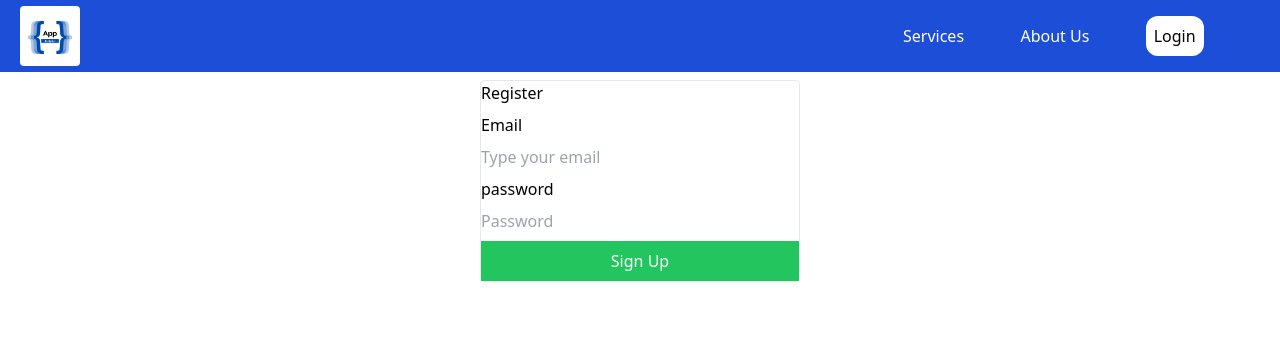
Repository: Cotizacionact/appscriptersvelte
Page: /Auth
The author's editor kept a copy of each file at every save. The page is drawn from the files as they stood at one save, then again after the next save.
The browser window is 1280 px wide. The pictures show the whole page.
The page's requests for data from a server got no answer. The project was rebuilt for these pictures with package versions that can differ from the ones it lists, and the page was loaded fresh each time. The framework's server and built-in components were replaced by stand-ins that run in the browser. No one was signed in, and anything a server would have sent is missing. Also part of the build but not shown: svelte.config.js, vite.config.ts.

Above is the page before, as saved 2023-08-20 02:14:09.

### src/routes/+layout.svelte
<script>
	import PublicNav from "$lib/Public/Navegation/PublicNav.svelte";
    import "../app.css";
</script>
<PublicNav></PublicNav>
  <slot />

### src/routes/Auth/+page.svelte
<script lang="ts">
	import Register from "./register.svelte";
    import type {Component} from "$lib"

    let state:number = 0

    let StateHandler:{[key:number]:Component} = {
        0:Register
    }
</script>

<svelte:component this={StateHandler[state]}></svelte:component>

### src/routes/Auth/+page.server.ts
import { supabase } from "../../supabaseClient";
import { fail, redirect, type Actions } from "@sveltejs/kit";
import { AuthApiError } from "@supabase/supabase-js";




export const actions: Actions = {
    register:async ({request,locals})=>{
        const body = Object.fromEntries(await request.formData())
        const {data,error:err} = await supabase.auth.signUp({
            email:body.email as string,
            password:body.password as string
        })

        if(err){
            if(err instanceof AuthApiError && err.status === 400){
                return fail(400,{
                    error:"Invalid email or password"
                })
            }
            return fail(500, {error:"Server error. Please try again later."})
        }
        throw redirect(303, "/Private")
    }
};

### src/lib/Public/Navegation/PublicNav.svelte
<script>
    let show = false

</script>

<header class="w-full flex items-center justify-between bg-[#1d4ed8] p-5 h-[10vh]">
    <img src="/Images/Logo_Original.png" width={60} class="rounded bg-white p-2" alt="Logo"/>
    <div class=" hidden sm:flex w-1/3 justify-evenly text-white items-center">
        <p>Services</p>
        <p>About Us</p>
        <p class="bg-white text-black p-2 rounded-xl">Login</p>
    </div>
    <div class="space-y-2 border p-2 rounded sm:hidden">
      <div class="w-8 h-1 bg-white"></div>
      <div class="w-8 h-1 bg-white"></div>
      <div class="w-8 h-1 bg-white"></div>
    </div>
    {#if show=== true}
    <div class="absolute w-1/3 bg-white border right-0 bottom-[-100%] rounded p-2">
      <p class="border-b text-center hover:bg-gray-200 hover:rounded">Services</p>
      <p class="border-b text-center hover:bg-gray-200 hover:rounded">About Us</p>
      <p class="text-center bg-green-500 hover:bg-green-700 rounded font-bold text-white">Login</p>
    </div>
   {/if}
</header>

### src/routes/Auth/register.svelte
<script lang="ts">

</script>

<main class="flex justify-center">
    <form action="?/register" method="POST" class="flex flex-col md:w-1/4 border rounded my-2 space-y-2">
        <h1>Register</h1>
        <label for="email">Email</label>
        <input type="text" name="email" id="email" placeholder="Type your email"/>
        <label for="password">password</label>
        <input type="password" name="password" id="password" placeholder="Password"/>
        <button class="bg-green-500 text-white p-2 ">Sign Up</button>
    </form>
</main>

### src/supabaseClient.ts

import { PUBLIC_SUPABASE_ANON_KEY, PUBLIC_SUPABASE_URL } from '$env/static/public'
import { createClient } from '@supabase/supabase-js'

// Create a single supabase client for interacting with your database
export const supabase = createClient(PUBLIC_SUPABASE_URL, PUBLIC_SUPABASE_ANON_KEY)

Loaded but not shown: src/app.html (common file); src/app.css (common file); tailwind.config.js (common file)

After the next save:
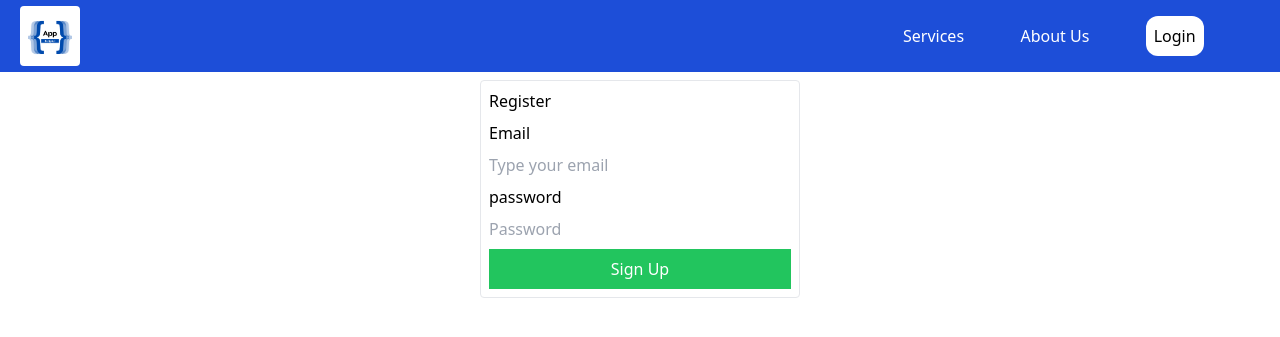
Saved 19 s later.
--- a/src/routes/Auth/register.svelte
+++ b/src/routes/Auth/register.svelte
@@ -3,12 +3,12 @@
 </script>
 
 <main class="flex justify-center">
-    <form action="?/register" method="POST" class="flex flex-col md:w-1/4 border rounded my-2 space-y-2">
+    <form action="?/register" method="POST" class="flex flex-col md:w-1/4 border rounded my-2 p-2 space-y-2">
         <h1>Register</h1>
         <label for="email">Email</label>
         <input type="text" name="email" id="email" placeholder="Type your email"/>
         <label for="password">password</label>
         <input type="password" name="password" id="password" placeholder="Password"/>
-        <button class="bg-green-500 text-white p-2 ">Sign Up</button>
+        <button class="bg-green-500 text-white p-2">Sign Up</button>
     </form>
 </main>
